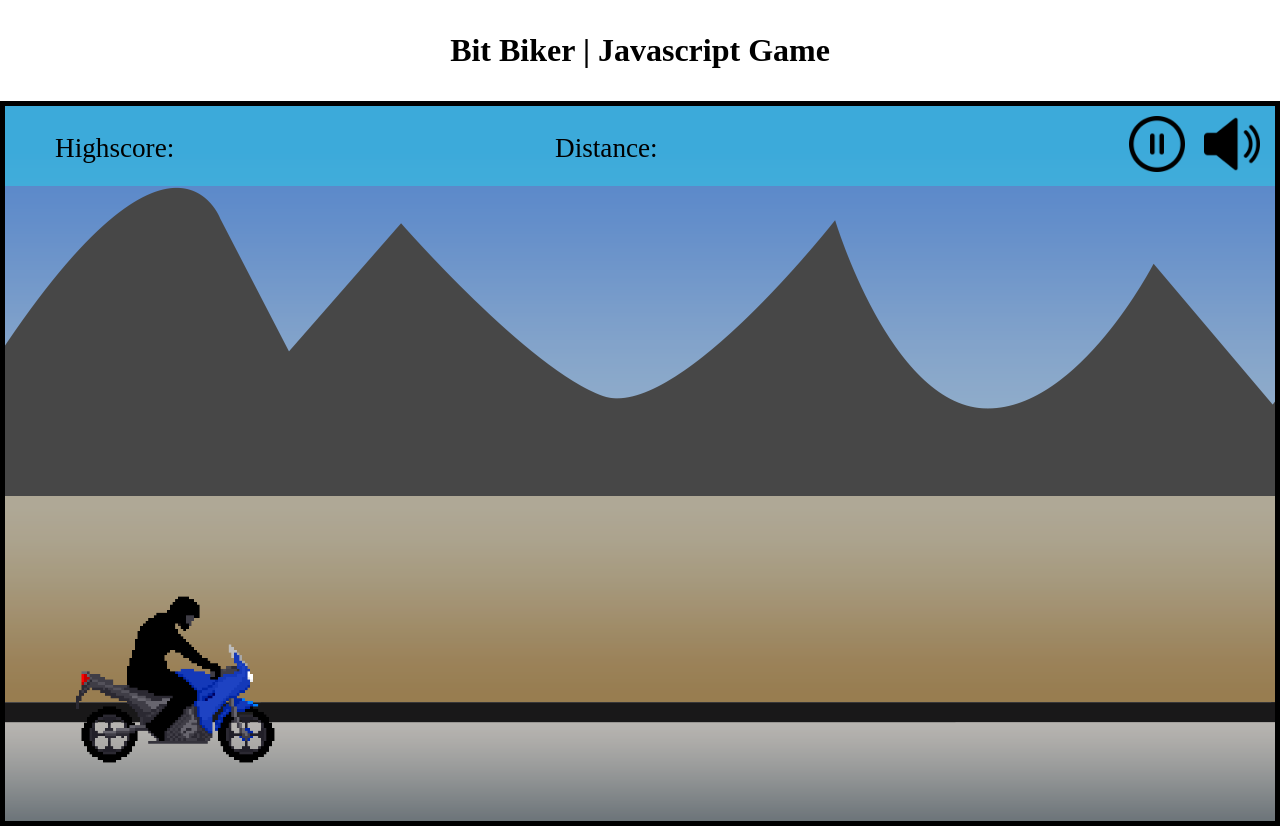
Repository: jellymel0n/bit-biker
Page: index.html
An editor plug-in stored every save of this project. The page is shown before and after the next save, followed by the edit.
The browser window is 1280 px wide. The pictures show the whole page.
Empty fields were first filled with sample values (such as "Sample", 5 or name@example.com).
After loading, the first visible `#savePlayer` was clicked once.

Above is the page before, as saved 2021-07-07 17:00:37.
Console error: ReferenceError: songTime is not defined

### index.html
<!DOCTYPE html>
<html lang="en">
<head>
    <meta charset="UTF-8">
    <meta http-equiv="X-UA-Compatible" content="IE=edge">
    <meta name="viewport" content="width=device-width, initial-scale=1.0">
    <!-- CSS reset/normalize -->
    <link rel="stylesheet" href="styles/normalize-fwd.css">
    <!-- Local CSS -->
    <link rel="stylesheet" href="styles/styles.css">
    <title>Bit Biker | Javascript Game</title>
</head>
<body>
    <h1>Bit Biker | Javascript Game</h1>

    <main id="game-board">
        <div id="song">
            <audio id='song-playback' currentTime=''>
                <source src="assets/music/run-song.mp3" type="audio/mp3" />
                Your browser does not support audio playback
            </audio>
        </div>
        <!-- Game board header -->
        <div id='game-header'>
            <p id='highscore-text'>Highscore: </p>
            <p id='distance-text'>Distance: </p>
            <div id='btn-pause'>
                <img src="assets/graphics/icons/pause.png" alt="pause button, circle around a pause icon">
            </div>
            <div id='btn-volume'>
                <img src="assets/graphics/icons/volume.png" alt="volume button, speaker icon">
            </div>
            <div id="btn-mute">
                <img src='assets/graphics/icons/mute.png' alt='mute button, speaker icon crossed out'>
            </div>
        </div>
        <!-- End of game board header -->

        <!-- Splash screen - intro -->
        <div id='splash-screen'>
            <h2 id='splash-header'>Welcome to Bit Biker!</h2>
            <p id='splash-text'>Press spacebar or up-arrow to jump over obstacles.<br><br>Watch out for birds!</p>

            <div id="splashInput">
                <input id='player-name' type='text' placeholder='Enter Player Name'>
                <button id='savePlayer'>Start!</button>
            </div>
        </div>
        <!-- End of splash screen -->

        <!-- Pause Screen -->
        <div id="pause-screen">
            <h2>Game Paused</h2>
            <p id='pause-text'>
                To get gameplay instructions click the "Help" button<br>
                To quit the game and go back to the splash screen click "Quit".<br>
                To go back to the game, click "X" in the top corner.</p>
            <div id="pause-close">
                <img src="assets/graphics/icons/remove.png" alt="Close icon, an X with a circle around it.">
            </div>
            <div id="pause-btns">
                <div id="help-btn">
                    <p id="help-btn-text">Help</p>
                </div>
                <div id="quit-btn">
                    <p id="quit-text">Quit</p>
                </div>
            </div>
        </div>
        <!-- End of Pause Screen -->

        <!-- Help Screen -->
        <div id="help-screen">
            <h2>Gameplay Instructions</h2>
            <p id='help-text'>
                Press the spacebar or up arrow to jump, hold to jump higher.<br>
                Avoid obstacles in the road as well as birds flying above.<br>
                Rocks cannot hurt you, only spiked blocks and birds can.
                <br>
                To mute click the speaker icon in the top corner.
            </p>
            <div id="help-btns">
                <div id="resume-btn">
                    <p>Resume</p>
                </div>
                <div id="help-quit-btn">
                    <p id="quit-text">Quit</p>
                </div>
            </div>
        </div>
        <!-- End of Help Screen -->

    </main>

<!-- jQuery CDN script-->
<script src="https://code.jquery.com/jquery-3.6.0.min.js" integrity="sha256-/xUj+3OJU5yExlq6GSYGSHk7tPXikynS7ogEvDej/m4=" crossorigin="anonymous"></script>
<!-- Local JS script -->
<script src='scripts/script.js'></script>
</body>
</html>

### scripts/script.js
'use strict';

const game = {
    title: 'Bit Biker',
    isRunning: false,
    playerName: '',
    obstacles: [],
    pressedKeys: [],
    bgLayers: [],
    bgProps: [],
    players:[],
    loopDuration: [1000 / 60],
    speedDuration: 1000,
    speedFrame: null,
    lastKeyFrame: null,
    gravity: 90,
    gameLevel: 0,
    song: $('#song-playback')[0],
    getPlayerName: () => {
        game.playerName = $('#player-name').val();
    },
    pauseAudio: () => {
        let song = $('#song-playback');
        song.trigger("pause");
    },
    resetAudio: () => {
        let song = $('#song-playback');
        song [0].currentTime = 0;
        song.trigger("pause");

    },
    playAudio: () => {
        let song = $('#song-playback');
        song.trigger("play");
    },
    setup: () => {
        $(document).on('keydown',event => {
            if (event.which === 32) {
                event.preventDefault();
                if (game.pressedKeys.indexOf(32) < 0) {
                    game.pressedKeys.push(32);
                    console.log('spacebar down');
                    game.players[0].position[1] -= 10;
                }
            }
            else if (event.which === 38) {
                event.preventDefault();
                if (game.pressedKeys.indexOf(38) < 0) {
                    game.pressedKeys.push(38);
                    console.log('up-arrow down');
                }
            }
          });
        $(document).on('keyup', event => {
            if(event.which === 32 && game.pressedKeys.indexOf(32) >= 0) {
                game.pressedKeys.splice(game.pressedKeys.indexOf(32),1);
                game.pressedKeys= [];
                console.log('spacebar up');
            }
            else if (event.which === 38 && game.pressedKeys.indexOf(38) >= 0) {
                game.pressedKeys.splice(game.pressedKeys.indexOf(38),1);
                game.pressedKeys = [];
                console.log('up-arrow up');
            }
        });
    },

    startGame: (duration) => {
        if (duration > 0) {
            game.loopDuration = duration;
        }
        game.isRunning = true;
        if (game.isRunning === true) {
            window.setInterval(game.generateBGProp, 3000);
            window.setInterval( () => {
                const songTime = game.song.currentTime;
                if (songTime <= 48){
                    game.generateObstacle(-600);
                    game.gameLevel = 0;
                } else if (songTime > 48 && songTime <= 91) {
                    game.generateObstacle(-750);
                    game.gameLevel = 1;
                } else if (songTime > 91 && songTime <= 129) {
                    game.generateObstacle(-900);
                    game.gameLevel = 2;
                } else if (songTime > 129 && songTime <= 164) {
                    game.generateObstacle(-1000);
                    game.gameLevel = 3;
                } else if (songTime > 164 && songTime <= 168) {
                    game.generateObstacle(-900);
                    game.gameLevel = 4;
                } else if (songTime > 168 && songTime <= 175) {
                    game.generateObstacle(-750);
                    game.gameLevel = 5;
                } else if (songTime > 175 && songTime <= 180) {
                    game.generateObstacle(-700);
                    game.gameLevel = 6;
                } else if (songTime > 180 && songTime < 185) {
                    game.generateObstacle(-600);
                    game.gameLevel = 7;
                }
            }, 2000)
            window.requestAnimationFrame(game.animationFrameLoop);
        }
    },

    stopGame: () => {
        game.isRunning = false;
        game.lastKeyFrame = null;
        window.clearInterval(game.generateObstacle);
    },

    addBGLayer: (oBGLayer) => {
        const [left, top] = oBGLayer.position;
        const [width, height] = oBGLayer.dimensions;
        game.bgLayers.push(oBGLayer);
        const objectStyles =
            `<div id="bgLayer-${Date.now()}"
            class="${oBGLayer.classes}
            "style="width:${width}px;
            height:${height}px;
            left:${left}px;
            top:${top}px;
            background-image:url('${oBGLayer.backgroundImage}');
            z-index: -5;
            background-position-x:0px;
            background-position-y:0px;
            background-repeat: repeat-x;"
            </div>`;
        oBGLayer.$dom = $(objectStyles);
        $("#game-board").append(oBGLayer.$dom);
    },

    addBGProp: (oBGProp) => {
        const [left, top] = oBGProp.position;
        const [width, height] = oBGProp.dimensions;
        game.bgProps.push(oBGProp);
        const objectStyles =
            `<div id="bgLayer-${Date.now()}"
            class="${oBGProp.classes}
            "style="width:${width}px;
            height:${height}px;
            left:${left}px;
            top:${top}px;
            background-image:url('${oBGProp.backgroundImage}');
            z-index: -1;
            background-position-x:0px;
            background-position-y:0px;
            background-repeat: no-repeat;"
            </div>`;
        oBGProp.$dom = $(objectStyles);
        $("#game-board").append(oBGProp.$dom);
        oBGProp.$dom.css('transition',`all ${game.loopDuration / 1000}s`);
    },

    removeBGProp: (oBGProp) => {
        game.bgProps.splice(game.bgProps.indexOf(oBGProp),1);
    },

    addObstacle: (oObstacle) => {
        const [left, top] = oObstacle.position;
        const [width, height] = oObstacle.dimensions;
        game.obstacles.push(oObstacle);
        const objectStyles =
            `<div id="obstacle-${Date.now()}"
            class="${oObstacle.classes}
            "style="width:${width}px;
            height:${height}px;
            left:${left}px;
            top:${top}px;
            background-image:url('${oObstacle.backgroundImage}');
            z-index: -1;
            background-position-x:0px;
            background-position-y:0px;
            background-repeat: no-repeat;"
            </div>`;
        oObstacle.$dom = $(objectStyles);
        $("#game-board").append(oObstacle.$dom);
        console.log(`Obstacle ${oObstacle} added`);
    },

    addPlayer: (oPlayer) => {
        const [left, top] = oPlayer.position;
        const [width, height] = oPlayer.dimensions;
        game.players.push(oPlayer);
        const objectStyles =
            `<div id="player-${Date.now()}"
            class="${oPlayer.classes}
            "style="width:${width}px;
            height:${height}px;
            left:${left}px;
            top:${top}px;
            background-image:url('${oPlayer.backgroundImage}');
            z-index: 1;
            background-position-x:0px;
            background-position-y:0px;
            background-repeat: no-repeat;"
            </div>`;
        oPlayer.$dom = $(objectStyles);
        $("#game-board").append(oPlayer.$dom);
    },

    generateBGProp: () => {
        if (game.bgProps.length < 4 && Math.random() > 0.7) {
            const yPosition = Math.floor(Math.random() * 30);
            const rock = new BGProp(
                [1280, 400 - yPosition],
                [100 - yPosition, 100 - yPosition],
                -100 + yPosition,
                undefined,
                "assets/graphics/backgrounds/rock.png"
            );
            game.addBGProp(rock)
        }
    },

    generateObstacle: (oVelocity) => {
        let randInt = Math.random();
        const smallBlock = new Obstacle(
            [1280, 540], // position
            [140, 200], // dimensions
            oVelocity, // velocity -600
            undefined,
            "assets/graphics/obstacles/spiked-square.png"
        );
        const largeBlock = new Obstacle(
            [1280, 570],
            [200, 300],
            oVelocity,
            undefined,
            "assets/graphics/obstacles/spiked-rectangle.png"
        );
        const bird = new Obstacle(
            [1280, 80],
            [90, 100],
            oVelocity + 400,
            undefined,
            "assets/graphics/obstacles/bird.png"
        );
        if (randInt <= 0.5) {
            game.addObstacle(smallBlock);
        } else if (randInt > 0.5 && randInt < 0.8){
            game.addObstacle(largeBlock);
        } else {
            game.addObstacle(bird);
        }
    },

    animationFrameLoop: (ts) => {
        if (game.isRunning === false) {
            return;
        }
        if(game.lastKeyFrame === null) {
            game.lastKeyFrame = ts;
        }
        if(game.speedFrame === null) {
            game.speedFrame = ts;
        }
        if (ts - game.speedDuration > game.speedFrame) {
            game.speedFrame = ts;
            // if (song [0].currentTime > 0 && song [0].currentTime >= 48)
            // if (game.song.currentTime >= 5 && game.gameLevel === 0) {
            //     game.gameLevel++
            //     game.bgLayers[0].velocity -= 2;
            // }
            // if (game.song.currentTime >= 6 && game.gameLevel === 1) {
            //     game.gameLevel++
            //     game.bgLayers[0].velocity -= 2;
            // }

        }
        if (ts - game.loopDuration > game.lastKeyFrame) {
            const elapsedMSeconds = ts - game.lastKeyFrame;
            game.lastKeyFrame = ts;
            // Add updateposition to the obstacles, bglayers, bgprops, and player
            // console.log(`last key frame: ${game.lastKeyFrame}`);
            for (const player of game.players) {
                player.updatePosition(elapsedMSeconds);
            }
            for (const bg of game.bgLayers) {
                bg.updatePosition(elapsedMSeconds);
            }
            for (const prop of game.bgProps) {
                prop.updatePosition(elapsedMSeconds);
            }
            for (const obstacle of game.obstacles) {
                obstacle.updatePosition(elapsedMSeconds);
            }
        }
        //set game stages (levels) for timing functions
        if (songTime === 1){
            game.gameLevel = 0;
        } else if (songTime == 48) {
            game.gameLevel = 1;
        } else if (songTime == 91) {
            game.gameLevel = 2;
        } else if (songTime == 129) {
            game.gameLevel = 3;
        } else if (songTime == 164) {
            game.gameLevel = 4;
        } else if (songTime == 168) {
            game.gameLevel = 5;
        } else if (songTime == 175) {
            game.gameLevel = 6;
        } else if (songTime == 180) {
            game.gameLevel = 7;
        };

        window.requestAnimationFrame(game.animationFrameLoop);
    }

}


// Object classes

class Obstacle {
    constructor (
        position = [0, 0],
        dimensions = [50, 50],
        velocity = 0,
        classes = 'obstacle',
        backgroundImage = ""
     ) {
        this.position = position;
        this.dimensions = dimensions;
        this.velocity = velocity;
        this.classes = classes;
        this.backgroundImage = backgroundImage;
    }
    updatePosition(elapsedTimeMS = 1000) {
        const leftPosition = this.$dom.css("left");
        const newLeft =
          parseFloat(leftPosition.substr(0, leftPosition.length - 2)) +
          (this.velocity / 1000) * elapsedTimeMS;
        this.$dom.css("left", `${newLeft}px`);
    }
}

class BGLayer {
    constructor (
        position = [0, 0],
        dimensions = [100, 100],
        velocity = 0,
        classes = 'bg-layer',
        backgroundImage = ""
    ) {
        this.dimensions = dimensions;
        this.position = position;
        this.velocity = velocity;
        this.classes = classes;
        this.backgroundImage = backgroundImage;
    }
    updatePosition(elapsedTimeMS = 1000) {
        if (game.gameLevel === 1) {
            this.velocity = -200;
        } else if (game.gameLevel === 2) {
            this.velocity = -100;
        } else if (game.gameLevel === 3){
            this.velocity = -150;
        } else if (game.gameLevel === 4){
            this.velocity = -200;
        } else if (game.gameLevel === 5){
            this.velocity = -150;
        } else if (game.gameLevel === 6){
            this.velocity = -100;
        } else if (game.gameLevel === 7){
            this.velocity = -50;
        }

        const leftPosition = this.$dom.css("background-position-x");
        const newLeft =
          parseFloat(leftPosition.substr(0, leftPosition.length - 2)) +
          (this.velocity / 1000) * elapsedTimeMS;
        this.$dom.css("background-position-x", `${newLeft}px`);
    }
}

class BGProp {
    constructor (
        position = [0, 0],
        dimensions = [100, 100],
        velocity = 0,
        classes = 'bg-prop',
        backgroundImage = ""
    ) {
        this.dimensions = dimensions;
        this.position = position;
        this.velocity = velocity;
        this.classes = classes;
        this.backgroundImage = backgroundImage;
    }
    updatePosition(elapsedTimeMS = 1000) {
        const leftPosition = this.$dom.css("left");
        const newLeft =
          parseFloat(leftPosition.substr(0, leftPosition.length - 2)) +
          (this.velocity / 1000) * elapsedTimeMS;
        this.$dom.css("left", `${newLeft}px`);
        if ( (newLeft < -this.dimensions[0] && this.velocity < 0) ||
        (newLeft === -96 && this.velocity > 0 )) {
        game.removeBGProp(this);
        }
    }
}

class Player {
    constructor (
        position = [0, 0],
        dimensions = [100, 100],
        velocity = 0,
        classes = 'player',
        backgroundImage = "",
        jumpMax = 190
    ) {
        this.dimensions = dimensions;
        this.position = position;
        this.velocity = velocity;
        this.classes = classes;
        this.backgroundImage = backgroundImage;
        this.currentJump = 0;
        this.jumpMax = jumpMax;
        this.isJumping = false;
    }
    updatePosition(elapsedTimeMS = 500) { // jump method
        if(game.pressedKeys[0] === 32 && this.isJumping === false) {
            if(this.currentJump < this.jumpMax) {
                this.currentJump += 10;
                this.position[1] -= 25;
                this.$dom.css('transform', 'rotate(-45deg)');
                this.isJumping = true;
            }
        } else if (this.currentJump > 0) {
            this.isJumping = true;
            this.position[1] = this.currentJump * 0.9;
            this.currentJump = 0;
            this.jumpMax = 190;
            this.$dom.css('transform', 'rotate(0deg)');
            this.position[1] = 490;
        }
        if (this.currentJump >= this.jumpMax){
            this.$dom.css('transform', 'rotate(0deg)');
            this.position[1] = 490;
        }
        const currentPosition = this.$dom.position();
        this.velocity += game.gravity;
        let newTop = currentPosition.top + (this.velocity / 1000) * elapsedTimeMS;
        if (newTop > this.position[1]) {
            this.isJumping = false;
            this.velocity = 0;
            newTop = game.players[0].position[1];
        }
        this.$dom.css("top", `${newTop}px`);
    }
}

// End of object classes

// Object instantiation
const farBG = new BGLayer(
    [-5, 0], //position
    [1280, 390], //dimensions
    -25, //velocity
    undefined, // classes
    "assets/graphics/backgrounds/mountain-sky.png" //bg-image
);
game.addBGLayer(farBG);

const mediumBG = new BGLayer(
    [-5, 390],
    [1280, 206],
    -40,
    undefined,
    "assets/graphics/backgrounds/bg-background-floor.png"
);
game.addBGLayer(mediumBG);

const ground = new BGLayer(
    [-5, 596],
    [1280, 124],
    -100,
    "bg-layer bg-ground",
    "assets/graphics/backgrounds/bg-ground.png"
);
game.addBGLayer(ground);

// const bird = new Obstacle(
//     [1000, 80],
//     [90, 100],
//     -100,
//     undefined,
//     "assets/graphics/obstacles/bird.png"
// );
// game.addObstacle(bird);

// const smallBlock = new Obstacle(
//     [1280, 540],
//     [140, 200],
//     -600,
//     undefined,
//     "assets/graphics/obstacles/spiked-square.png"
// );
// game.addObstacle(smallBlock);

// const largeBlock = new Obstacle(
//     [1850, 570],
//     [200, 300],
//     -600,
//     undefined,
//     "assets/graphics/obstacles/spiked-rectangle.png"
// );
// game.addObstacle(largeBlock);

const player = new Player(
    [70, 490],
    [200, 450],
    0,
    undefined,
    "assets/graphics/player/biker.png"
);
game.addPlayer(player);


// Event Handlers
$('#savePlayer').on('click', () => {
    game.getPlayerName();
    $('#splash-screen').toggle();
    game.startGame();
    game.playAudio();
});

$('#btn-volume').on('click', () => {
    $('#btn-volume').toggle();
    $('#btn-mute').toggle();
    $('#song-playback').prop('muted', true);
})

$('#btn-mute').on('click', () => {
    $('#btn-volume').toggle();
    $('#btn-mute').toggle();
    $('#song-playback').prop('muted', false);
})

$('#btn-pause').on('click', () => {
    if (game.isRunning === true){
        game.pauseAudio();
        $('#pause-screen').toggle();
        game.stopGame();
    }
})

$('#pause-close').on('click', () => {
    $('#pause-screen').toggle();
    game.startGame();
    game.playAudio();

})

$('#help-btn').on('click', () => {
    $('#pause-screen').toggle();
    $('#help-screen').toggle();
})

$('#quit-btn').on('click', () => {
    game.resetAudio();
    $('#pause-screen').toggle();
    $('#splash-screen').toggle();
})

$('#resume-btn').on('click', () => {
    $('#help-screen').toggle();
    game.isRunning = true;
    game.playAudio();
})

$('#help-quit-btn').on('click', () => {
    $('#help-screen').toggle();
    $('#splash-screen').toggle();
    game.resetAudio();
})


game.setup();

Loaded but not shown: styles/normalize-fwd.css (library); styles/styles.css (218 lines, source omitted)

After the next save:
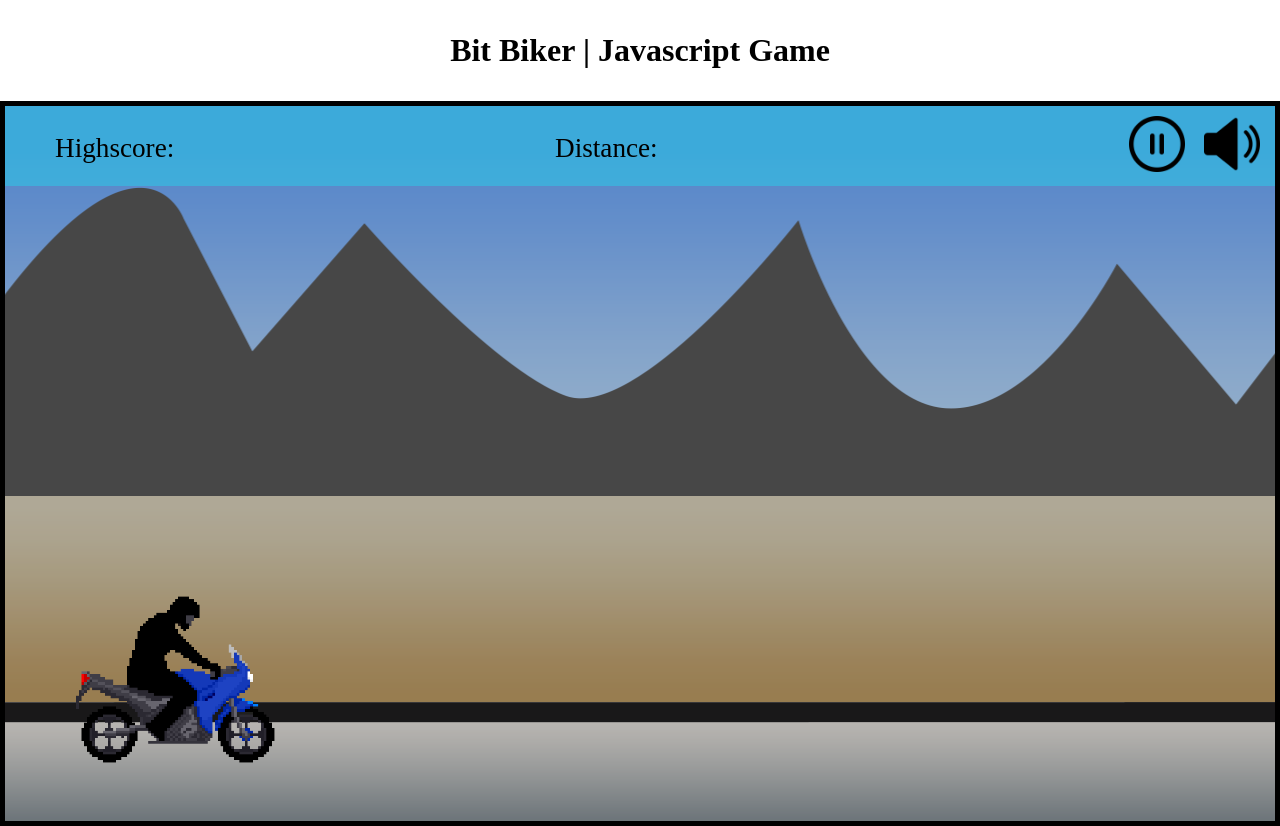
The error is gone.
Saved 19 s later.
--- a/scripts/script.js
+++ b/scripts/script.js
@@ -73,7 +73,6 @@ const game = {
         if (game.isRunning === true) {
             window.setInterval(game.generateBGProp, 3000);
             window.setInterval( () => {
-                const songTime = game.song.currentTime;
                 if (songTime <= 48){
                     game.generateObstacle(-600);
                     game.gameLevel = 0;
@@ -578,5 +577,5 @@ $('#help-quit-btn').on('click', () => {
     game.resetAudio();
 })
 
-
+const songTime = game.song.currentTime;
 game.setup();
